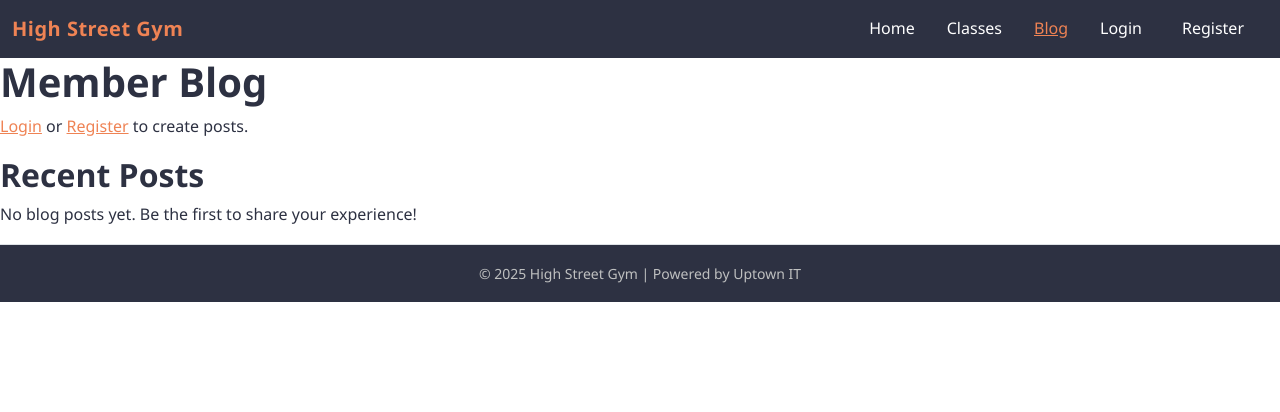
Repository: HBDSolutions/highstreetgym
Page: http://localhost/highstreetgym/controllers/content/blog_controller.php
An editor plug-in stored every save of this project. The page is shown before and after the next save, followed by the edit.
The browser window is 1280 px wide. The pictures show the whole page.
The page is run by PHP 8.4 with error messages shown; the project is at /var/www/html/. The database holds what the project's SQL file puts in it. Queries for data that is not in the repository find no rows.

Above is the page before, as saved 2025-10-30 20:40:35.

After the next save:
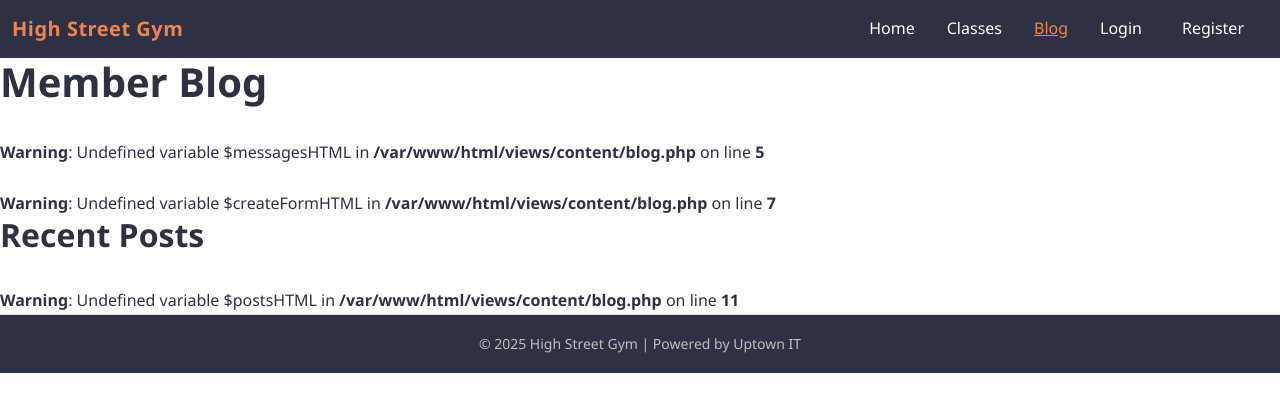
Saved 3 min 8 s later.
--- a/controllers/content/blog_controller.php
+++ b/controllers/content/blog_controller.php
@@ -2,11 +2,7 @@
 /**
  * BLOG CONTENT CONTROLLER
  *
- * RESPONSIBILITY: Blog-specific data access, permissions, and view logic
- * - Handles blog post creation
- * - Manages data permissions (who can post/edit)
- * - Prepares data for view
- * - Uses public_layout for rendering
+ * RESPONSIBILITY: Data access, permissions, and view decisions
  */
 
 // Start session
@@ -25,15 +21,14 @@ $isLoggedIn = $currentUser['is_logged_in'];
 $userId = $currentUser['user_id'];
 $userType = $currentUser['user_type'];
 
-// Initialise HTML output variables
-$messagesHTML = '';
-$createFormHTML = '';
-$postsHTML = '';
+// Initialise variables
+$errors = [];
+$successMessage = '';
 
 // Handle form submission
 if ($_SERVER['REQUEST_METHOD'] === 'POST' && isset($_POST['action']) && $_POST['action'] === 'create_post') {
     if (!$isLoggedIn) {
-        $messagesHTML = '<p class="error">You must be logged in to create blog posts</p>';
+        $errors[] = 'You must be logged in to create blog posts';
     } else {
         $result = create_blog_post($conn, $userId, $_POST['title'] ?? '', $_POST['message'] ?? '');
 
@@ -42,57 +37,27 @@ if ($_SERVER['REQUEST_METHOD'] === 'POST' && isset($_POST['action']) && $_POST['
             header('Location: /highstreetgym/controllers/content/blog_controller.php');
             exit;
         } else {
-            $messagesHTML = '<ul class="errors">';
-            foreach ($result['errors'] as $error) {
-                $messagesHTML .= '<li>' . htmlspecialchars($error) . '</li>';
-            }
-            $messagesHTML .= '</ul>';
+            $errors = array_values($result['errors'] ?? []);
         }
     }
 }
 
 // Check for success message
 if (isset($_SESSION['success_message'])) {
-    $messagesHTML = '<p class="success">' . htmlspecialchars($_SESSION['success_message']) . '</p>';
+    $successMessage = $_SESSION['success_message'];
     unset($_SESSION['success_message']);
 }
 
-// PREPARE CREATE FORM HTML (or login prompt)
-if ($isLoggedIn) {
-    $createFormHTML = '
-        <section>
-            <h2>Create Post</h2>
-            <form method="POST" action="/highstreetgym/controllers/content/blog_controller.php">
-                <input type="hidden" name="action" value="create_post">
-
-                <label for="title">Title:</label>
-                <input type="text" id="title" name="title" required minlength="5" maxlength="200">
-
-                <label for="message">Message:</label>
-                <textarea id="message" name="message" rows="5" required minlength="10" maxlength="2000"></textarea>
-
-                <button type="submit">Post Message</button>
-            </form>
-        </section>';
-} else {
-    $createFormHTML = '<p><a href="/highstreetgym/controllers/auth/login_controller.php">Login</a> or <a href="/highstreetgym/controllers/auth/register_controller.php">Register</a> to create posts.</p>';
-}
-
-// PREPARE POSTS HTML
+// Get data from model
 $posts = get_all_blog_posts($conn);
 
-if (empty($posts)) {
-    $postsHTML = '<p>No blog posts yet. Be the first to share your experience!</p>';
-} else {
-    foreach ($posts as $post) {
-        $postsHTML .= '<article>';
-        $postsHTML .= '<h3>' . htmlspecialchars($post['title']) . '</h3>';
-        $postsHTML .= '<p>Posted by <strong>' . htmlspecialchars($post['first_name'] . ' ' . $post['last_name']) . '</strong>';
-        $postsHTML .= ' on ' . date('F j, Y', strtotime($post['post_date'])) . '</p>';
-        $postsHTML .= '<p>' . nl2br(htmlspecialchars($post['message'])) . '</p>';
-        $postsHTML .= '</article>';
-    }
-}
+// CONTROLLER DECISIONS - Set flags for what to display
+$showSuccessMessage = !empty($successMessage);
+$showErrors = !empty($errors);
+$showCreateForm = $isLoggedIn;
+$showLoginPrompt = !$isLoggedIn;
+$showPosts = !empty($posts);
+$showNoPosts = empty($posts);
 
 // Define view variables
 $pageTitle = 'Member Blog';
